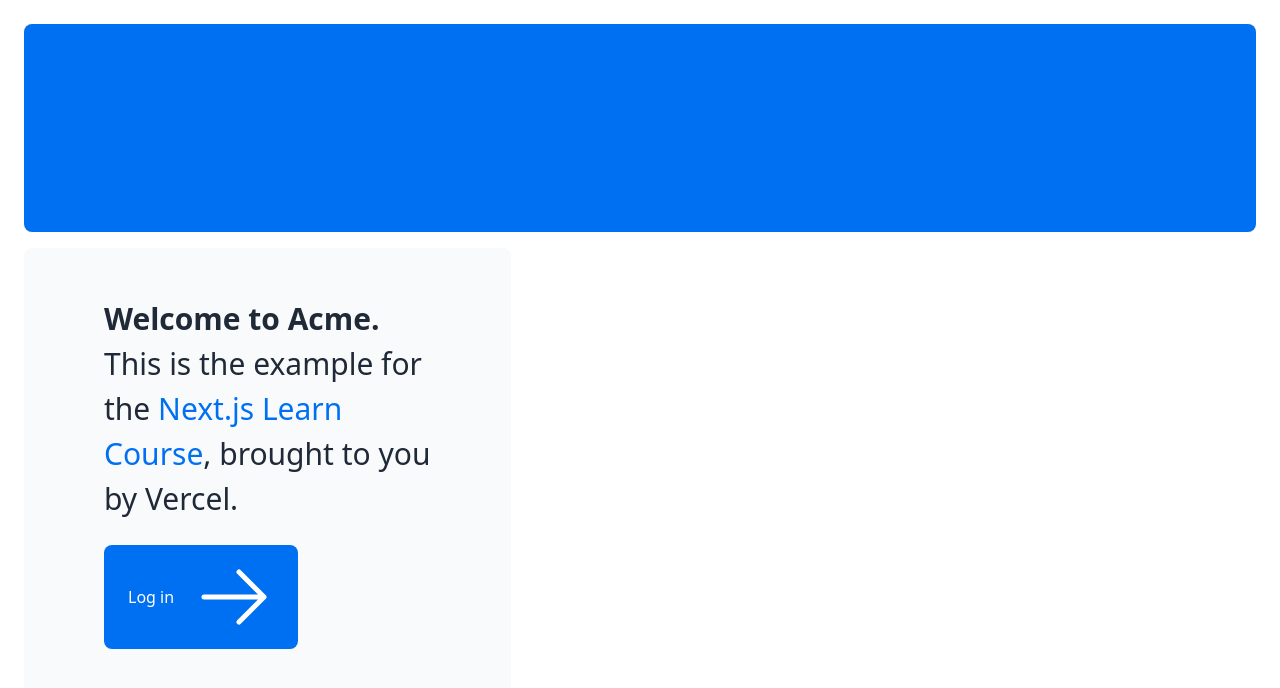
Repository: lokinell/nextjs-dashboard
Page: /
These files come from the project's save history. The page is drawn as it stood at one moment and after the next save; the edit follows.
The browser window is 1280 px wide. The pictures show the whole page.
The project was rebuilt for these pictures with package versions that can differ from the ones it lists, and the page was loaded fresh each time. The framework's server and built-in components were replaced by stand-ins that run in the browser. Also part of the build but not shown: next.config.js.

Above is the page before, as saved 2024-03-11 23:38:14.

After the next save:
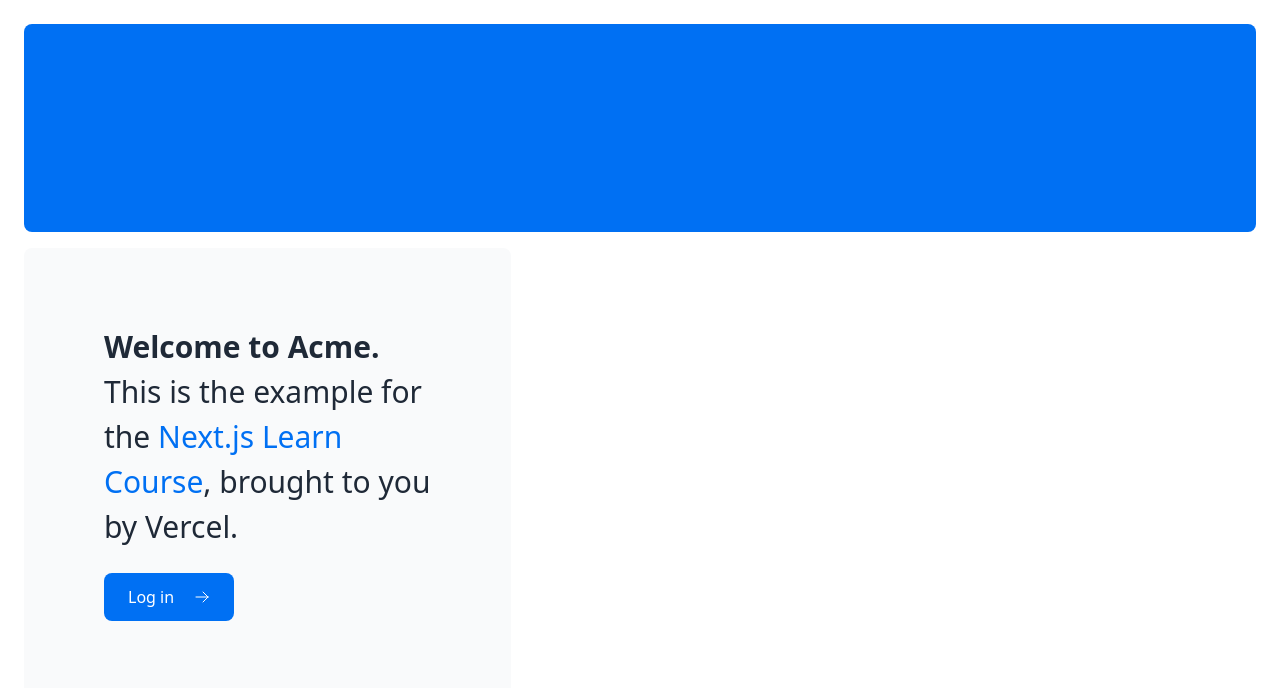
Saved 4 s later.
--- a/app/page.tsx
+++ b/app/page.tsx
@@ -21,7 +21,7 @@
             href="/login"
             className="flex items-center gap-5 self-start rounded-lg bg-blue-500 px-6 py-3 text-sm font-medium text-white transition-colors hover:bg-blue-400 md:text-base"
           >
-            <span>Log in</span> <ArrowRightIcon className="w-5 md:w-20" />
+            <span>Log in</span> <ArrowRightIcon className="w-5 md:w-4" />
           </Link>
         </div>
         <div className="flex items-center justify-center p-6 md:w-3/5 md:px-28 md:py-12">
